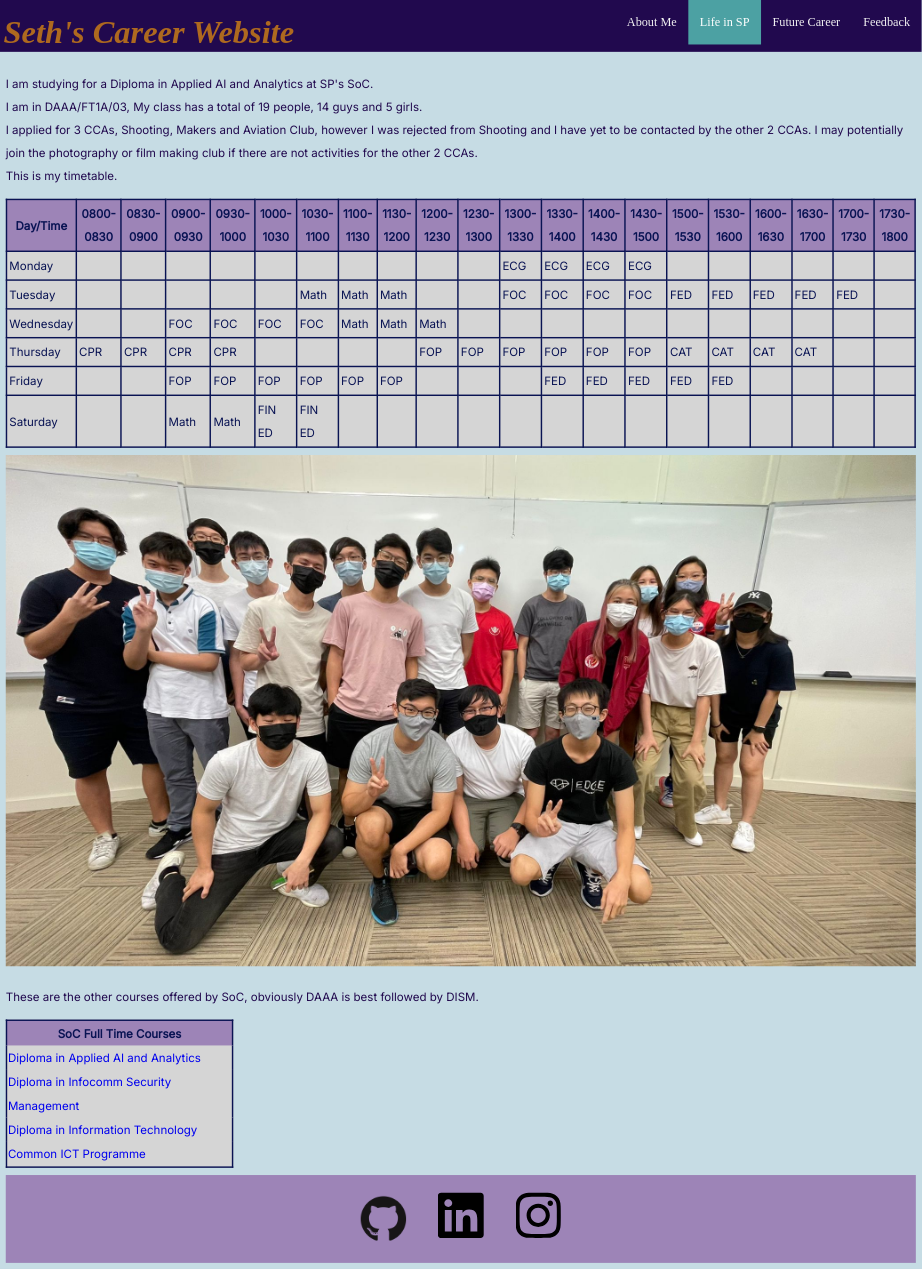
Repository: idkSeth/SP-FED-Website
Page: life.html
The author's editor kept a record of every edit. The page is drawn from the files as they stood at one moment, then again after the next edit.
The browser window is 1280 px wide. The pictures show the whole page, at 72% of full size.
Some web fonts or font styles are not loaded; a fallback is used.

Above is the page before.

After the next edit:
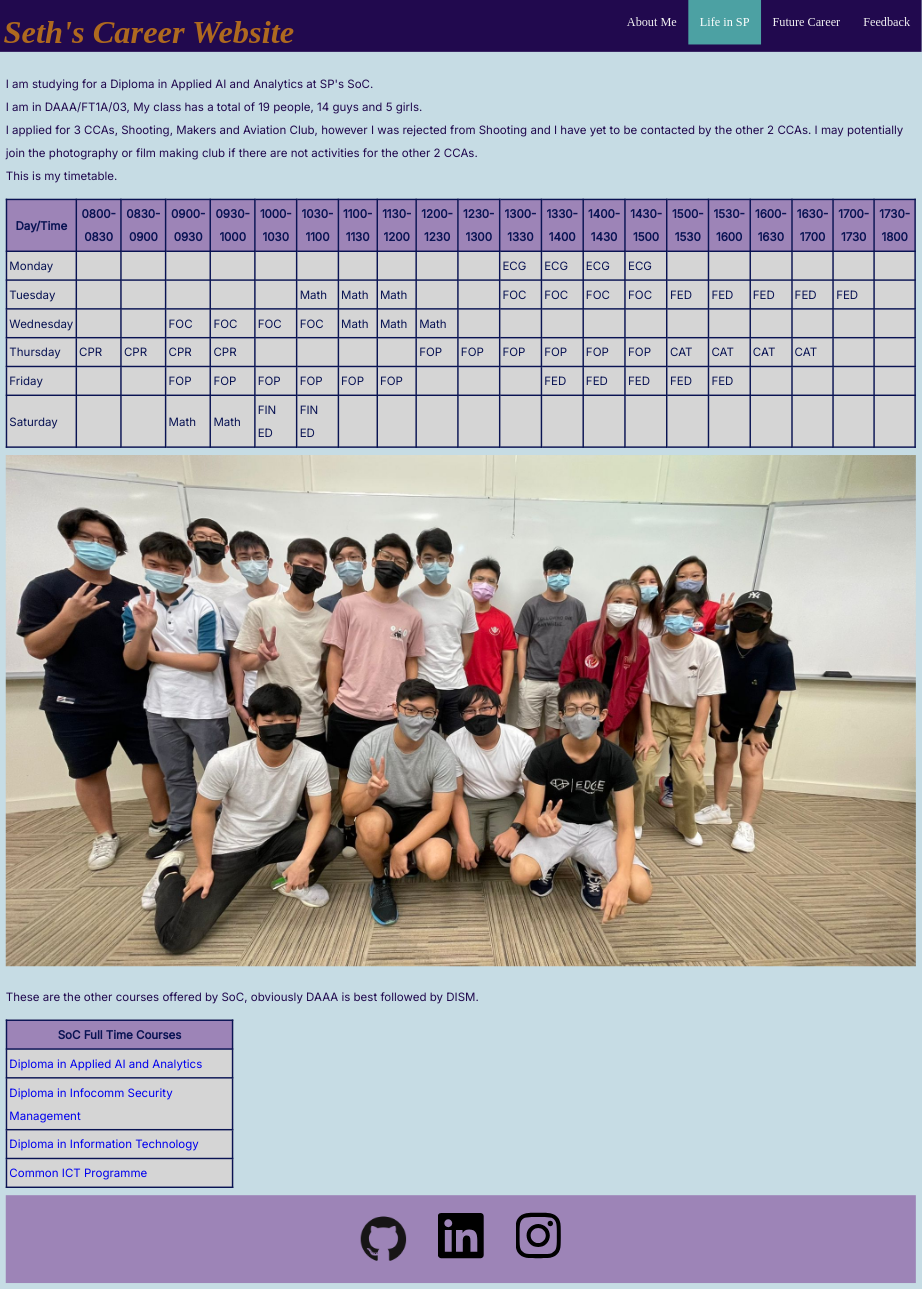
The edit:
--- a/styles.css
+++ b/styles.css
@@ -175,7 +175,7 @@
   margin-bottom: 10px;
 }
 
-table.timetable td, table.timetable th {
+table td, table th {
   border-width: 2px;
   border-color: #091353;
   border-style: solid;
